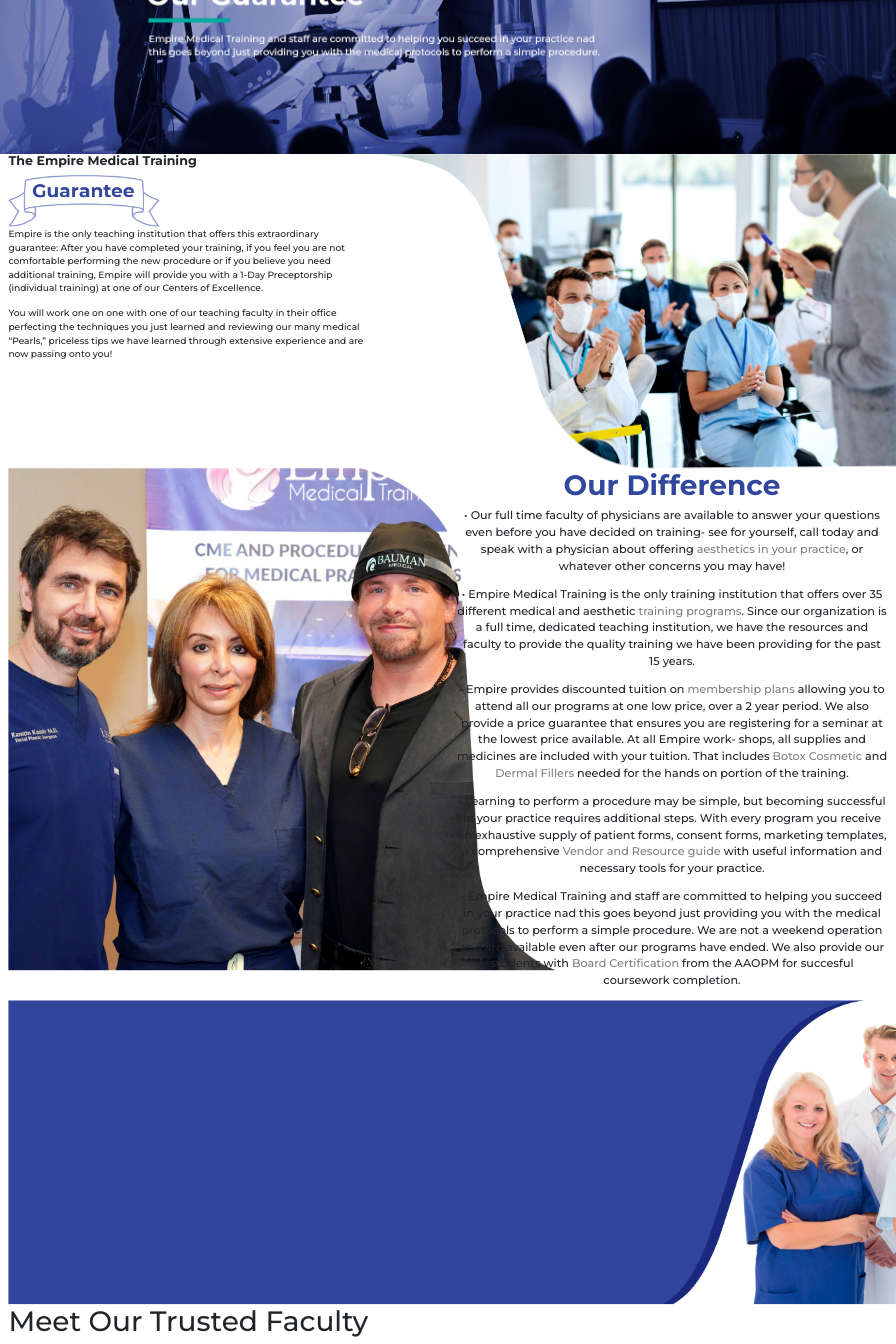
Repository: jorgi710/BODY-CONTOURING-INJECTABLES-AND-ADJUNCT-PROCEDURES
Page: our quarantee/file/src/index.html
These files come from the project's save history. The page is drawn as it stood at one moment and after the next save; the edit follows.
The browser window is 1280 px wide. The pictures show the part of the page from y = 340 to 2260 px (the page is 6335 px tall before and 9895 px after), at 70% of full size.

Above is the page before, as saved 2021-04-06 06:50:52.

### our quarantee/file/src/index.html
<!DOCTYPE html>
<html lang="en">
  <head>
    <meta charset="UTF-8" />
    <meta http-equiv="X-UA-Compatible" content="IE=edge" />
    <meta name="viewport" content="width=device-width, initial-scale=1.0" />
    <title>Page_3</title>

    <link
      href="https://cdn.jsdelivr.net/npm/bootstrap@5.0.0-beta3/dist/css/bootstrap.min.css"
      rel="stylesheet"
      integrity="sha384-eOJMYsd53ii+scO/bJGFsiCZc+5NDVN2yr8+0RDqr0Ql0h+rP48ckxlpbzKgwra6"
      crossorigin="anonymous"
    />
    <link
      href="https://fonts.googleapis.com/css2?family=Montserrat:wght@400;500;600;700&display=swap"
      rel="stylesheet"
    />
    <link rel="stylesheet" href="../css/style.css" />
  </head>
  <body>
    <header>
      <div class="container-fluid m-0 p-0">
        <img
          src="../assets/header.jpg"
          alt="navbar"
          class="img-fluid m-0 p-0"
        />
      </div>
    </header>
    <main>
      <section class="section_1">
        <div class="container-fluid text-center justify-content-center">
          <div class="row sombras">
            <div class="col-sm-12 col-md-5 text-start justify-content-center">
              <div class="content_section_1">
                <h1 class="bold">The Empire Medical Training</h1>
                <img
                  src="../assets/logo_main.jpg"
                  alt="logo"
                  class="img-fluid"
                />
                <p class="medium">
                  Empire is the only teaching institution that offers this
                  extraordinary guarantee: After you have completed your
                  training, if you feel you are not comfortable performing the
                  new procedure or if you believe you need additional training,
                  Empire will provide you with a 1-Day Preceptorship (individual
                  training) at one of our Centers of Excellence.
                </p>
                <p class="medium">
                  You will work one on one with one of our teaching faculty in
                  their office perfecting the techniques you just learned and
                  reviewing our many medical “Pearls,” priceless tips we have
                  learned through extensive experience and are now passing onto
                  you!
                </p>
              </div>
            </div>
            <div class="col-md-7 justify-content-end p-0">
              <img
                src="../assets/section_1_1_web.jpg"
                alt=""
                class="d-none d-md-block img-fluid"
              />
              <img
                src="../assets/section_1_1_mobil.jpg"
                alt=""
                class="d-md-none img-fluid"
              />
            </div>
          </div>
          <div class="row">
            <div class="col-sm-12 col-md-6">
              <img
                src="../assets/section_1_2_web.jpg"
                alt="Our difference"
                class="d-none d-md-block"
              />
              <img
                src="../assets/section_1_2_mobil.jpg"
                alt=""
                class="d-md-none"
              />
            </div>
            <div class="col-md-6">
              <h1 class="bold azul">Our Difference</h1>
              <p class="medium">
                • Our full time faculty of physicians are available to answer
                your questions even before you have decided on training- see for
                yourself, call today and speak with a physician about offering
                <span class="claro">aesthetics in your practice</span>, or
                whatever other concerns you may have!
              </p>
              <p class="medium">
                • Empire Medical Training is the only training institution that
                offers over 35 different medical and aesthetic
                <span class="claro">training programs</span>. Since our
                organization is a full time, dedicated teaching institution, we
                have the resources and faculty to provide the quality training
                we have been providing for the past 15 years.
              </p>
              <p class="medium">
                • Empire provides discounted tuition on
                <span class="claro">membership plans</span>
                allowing you to attend all our programs at one low price, over a
                2 year period. We also provide a price guarantee that ensures
                you are registering for a seminar at the lowest price available.
                At all Empire work- shops, all supplies and medicines are
                included with your tuition. That includes
                <span class="claro">Botox Cosmetic</span> and
                <span class="claro">Dermal Fillers</span> needed for the hands
                on portion of the training.
              </p>
              <p class="medium">
                • Learning to perform a procedure may be simple, but becoming
                successful in your practice requires additional steps. With
                every program you receive an exhaustive supply of patient forms,
                consent forms, marketing templates, a comprehensive
                <span class="claro">Vendor and Resource guide</span> with useful
                information and necessary tools for your practice.
              </p>
              <p class="medium">
                • Empire Medical Training and staff are committed to helping you
                succeed in your practice nad this goes beyond just providing you
                with the medical protocols to perform a simple procedure. We are
                not a weekend operation and are available even after our
                programs have ended. We also provide our students with
                <span class="claro"> Board Certification</span> from the AAOPM
                for succesful coursework completion.
              </p>
            </div>
          </div>
        </div>
      </section>
      <section class="section_2">
        <div class="container-fluid">
          <img src="../assets/section_2.jpg" alt="Meet Our Trusted Faculty" />

          <div class="content">
            <h1>Meet Our Trusted Faculty</h1>
            <p>
              Empire Medical Training celebrates 15 years of success in training
              physicians and health care professionals. We believe our success
              is due, in part, to the extra things our organization and faculty
              provide for you.
            </p>
            <button class="btn btn-danger"><h3>Meet Faculty</h3></button>
          </div>
        </div>
      </section>
      <section class="section_3">
        <div>
          <h1 class="negro bold">
            <span class="azul">Background &</span> Achievements
          </h1>
          <p class="medium">
            Now a little about Empire Medical Training’s background and
            achievements: Why Empire is committed to excellence:
          </p>
          <p class="medium">
            Empire Medical Training celebrates our 22nd year of training and we
            remain the #1 medical training and certification CME Medical and
            Aesthetic workshops offered each year, Empire has trained over
            125,000 Physicians, Dentists, Nurses, and other Health Care
            Professionals. With countless
            <span class="claro">testimonials</span> from satisfied attendees, we
            stand behind our programs and provide a complete satisfaction
            guarantee. source worldwide.
          </p>
          <p class="medium">
            Empire has acquired a distinguished reputation in education and
            serves as a training facility for Allergan (Botox, Juvederm) and
            Medicis (Restylane), along with many of the largest Aesthetic Laser
            Manufacturers. In addition, Empire is proud to have been chosen by
            the Florida Dental Association (FDA) to train their member Dentists
            in Botox Cosmetic and other Aesthetic Procedures.
          </p>
          <p class="medium">
            At Empire, we believe our success is dependent on you receiving
            quality training and instruction. Empire Medical Training is a
            nationally recognized CME Training Institution for Physicians,
            Dentists, Nurses and other Health Care Professionals.
          </p>
        </div>
        <div class="row">
          <div class="col-sm-12 col-md-6">
            <p class="medium">
              In addition to training at resort hotels, Empire has pioneered the
              first <span class="claro">premier Medical Spa</span> in Fort
              Lauderdale, Florida where physicians can enjoy training on actual
              patients and receive classroom didactic presentations. This
              facility has been designed specifically for training purposes
              utilizing state of the art aesthetic lasers and medical spa
              equipment along with modern classroom facilities and training
              aids. All courses are conducted by Physicians and other
              Specialists in Aesthetics, Pain Management, Surgery, and Medicine.
              Not by less qualified Instructors.
            </p>
            <p class="medium">
              Empire has achieved an outstanding reputation through a
              distinguished faculty of Physician specialists. Your training will
              be conducted by Physicians and other Specialists in Aesthetics,
              Pain Management, Surgery, and Medicine. We believe it is important
              for attendees to be exposed to a faculty of instructors for a more
              complete understanding of the topic, rather than just 1 part time
              physician or nurse instructor like many training companies do.
              Beware of start up seminar companies who employ less qualified
              personnel for your training, or local doctors’ offices with
              impressive web sites looking to supplement their income by
              offering inferior or incomplete training as a side job.
            </p>
          </div>
          <div class="col-sm-12 col-md-6">
            <img
              src="../assets/section_3_web.jpg"
              alt="background achievements"
              class="d-none d-md-block"
            />
            <img
              src="../assets/section_3_mobil.jpg"
              alt="background achievements"
              class="d-md-none"
            />
          </div>
        </div>
      </section>
      <section class="section_4">
        <img src="../assets/section_4.jpg" alt="aesthetics starter kit" />
      </section>
      <section class="section_5">
        <div class="row">
          <div class="col-sm-12 col-md-6">
            <img
              src="../assets/section_5_web.jpg"
              alt="empire"
              class="d-none d-md-block"
            />
            <img
              src="../assets/section_5_mobile.jpg"
              alt="empire"
              class="d-md-none"
            />
          </div>
          <div class="col-md-6">
            <h1 class="bold">
              The Programs at Empire are Actually
              <span class="azul">Hands On</span>
            </h1>
            <p class="medium">
              Many seminar companies claim you will receive hands on training
              but they can not, or, are not qualified to provide this
              experience. During our Aesthetic Programs, Empire attendees will
              inject live patients with real, authentic products – not saline)
              and perform other procedures depending on the topic. During other
              esthetic training and our medical procedures’ training, attendees
              will work on
              <span class="claro">Cadavers from the Medical School</span>
              University lab along with volunteer patients and models.
            </p>
            <p class="medium">
              Empire works with a variety of the largest medical equipment
              manufacturers to help provide the training which requires
              equipment usage, i.e. Aesthetic Lasers and Supplies, Ultrasound, X
              Ray, etc. This variety is essential for attendees to gain a
              complete understanding of the technologies available rather than
              just a limited exposure. You will never see only 1 or 2 laser
              manufacturers at our programs. Beware of training institutions who
              have arrangements with only 1 or 2 vendors.
            </p>
          </div>
        </div>
        <p class="medium">
          Deciding on where you receive you training is an important decision
          and should be made carefully. Make sure your instructors are Physician
          Specialists in their field, i.e. Plastic Surgery and are part of a
          faculty of the institution. Simply reading some instructions is not
          enough, quality instruction means going beyond the technical details
          and into the <span class="claro">“pearls”</span> that make your
          patients happy and give you the reputation you want. Beware of less
          qualified personnel. Be sure the training institution is dedicated to
          training and not a part time doctors office/ seminar company. Make
          sure the programs are fully accredited by a medical academy and not
          “co sponsored” by another institution. Most importantly, beware of
          unrealistic promises and look for training that can and will provide
          Hands- On experience. There is no other effective way to learn
          procedural skills. Empire Medical Training is dedicated to your
          success and we encourage you to ask questions with whomever you decide
          to be trained by.
        </p>
      </section>
    </main>
    <footer>
      <img src="../assets/footer.jpg" alt="footer" class="img-fluid" />
    </footer>
  </body>
</html>

### our quarantee/file/css/style.css
@import url("https://fonts.googleapis.com/css2?family=Montserrat:wght@400;500;600;700&display=swap");
* {
  box-sizing: border-box;
  font-family: var(--fuente);
}
header,
section {
  overflow-x: hidden;
}
:root {
  --fuente: "Montserrat", cursive;
  --azul: #31469d;
  --clarito: #808080;
  --negro: #000000;
  --regular: 400;
  --medium: 500;
  --semi_bold: 600;
  --bold: 700;
}
.regular {
  font-weight: 400;
}
.medium {
  font-weight: 500;
}
.semi {
  font-weight: 600;
}
.bold {
  font-weight: 700;
}
.azul {
  color: #31469d;
}
.claro {
  color: #808080;
}
.negro {
  color: #000000;
}

.section_1 .row .col-md-5 {
  font-size: small;
}
.section_1 .col-md-5 h1 {
  font-size: large;
}
.section_1 .col-md-5 .content_section_1 {
  font-size: small;
}
.section_1 .row .col-md-5 img {
  width: 30vh;
}

After the next save:
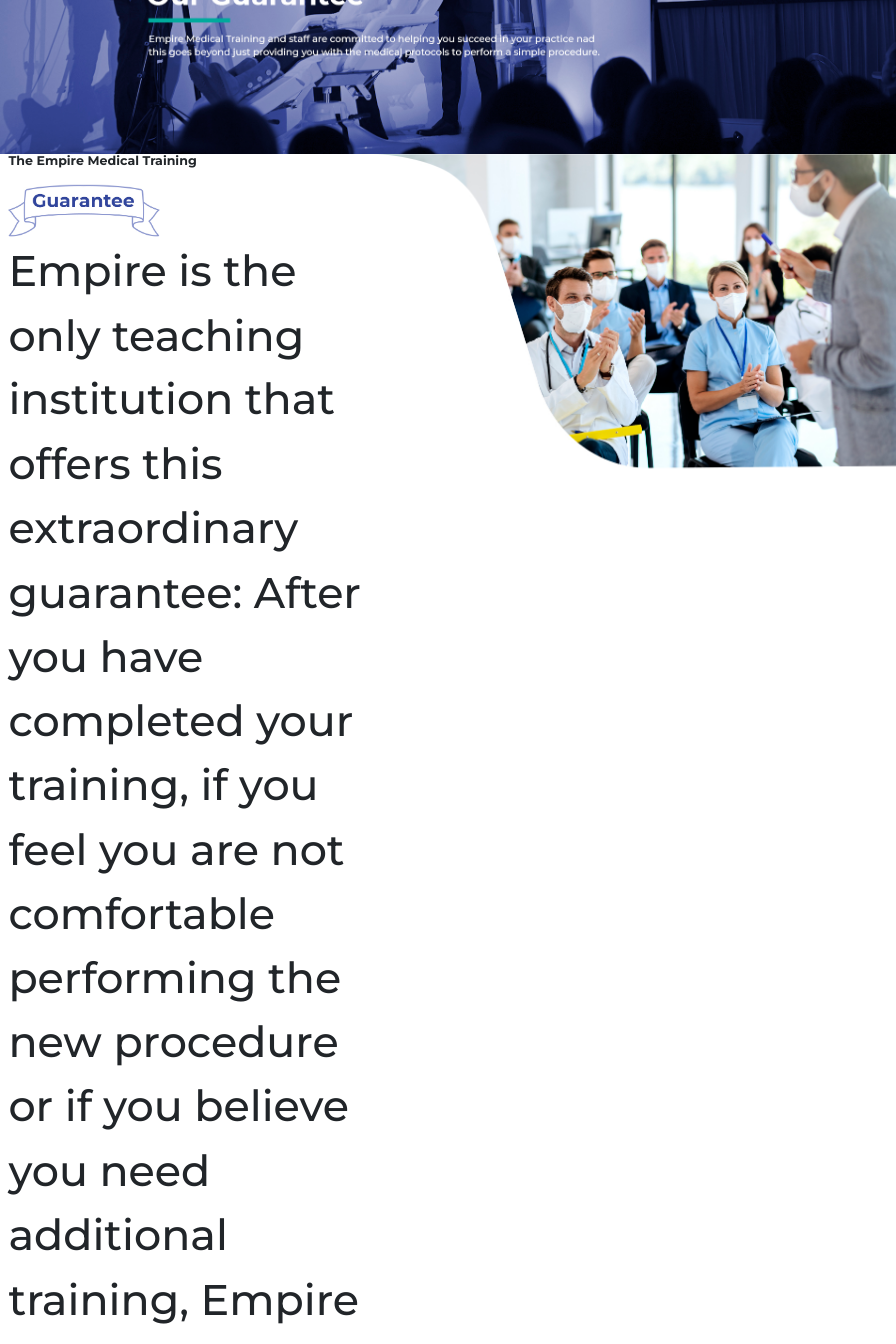
Saved 13 s later.
--- a/our quarantee/file/css/style.css
+++ b/our quarantee/file/css/style.css
@@ -46,7 +46,7 @@
   font-size: large;
 }
 .section_1 .col-md-5 .content_section_1 {
-  font-size: small;
+  font-size: 8.5vmin;
 }
 .section_1 .row .col-md-5 img {
   width: 30vh;

After the save that followed:
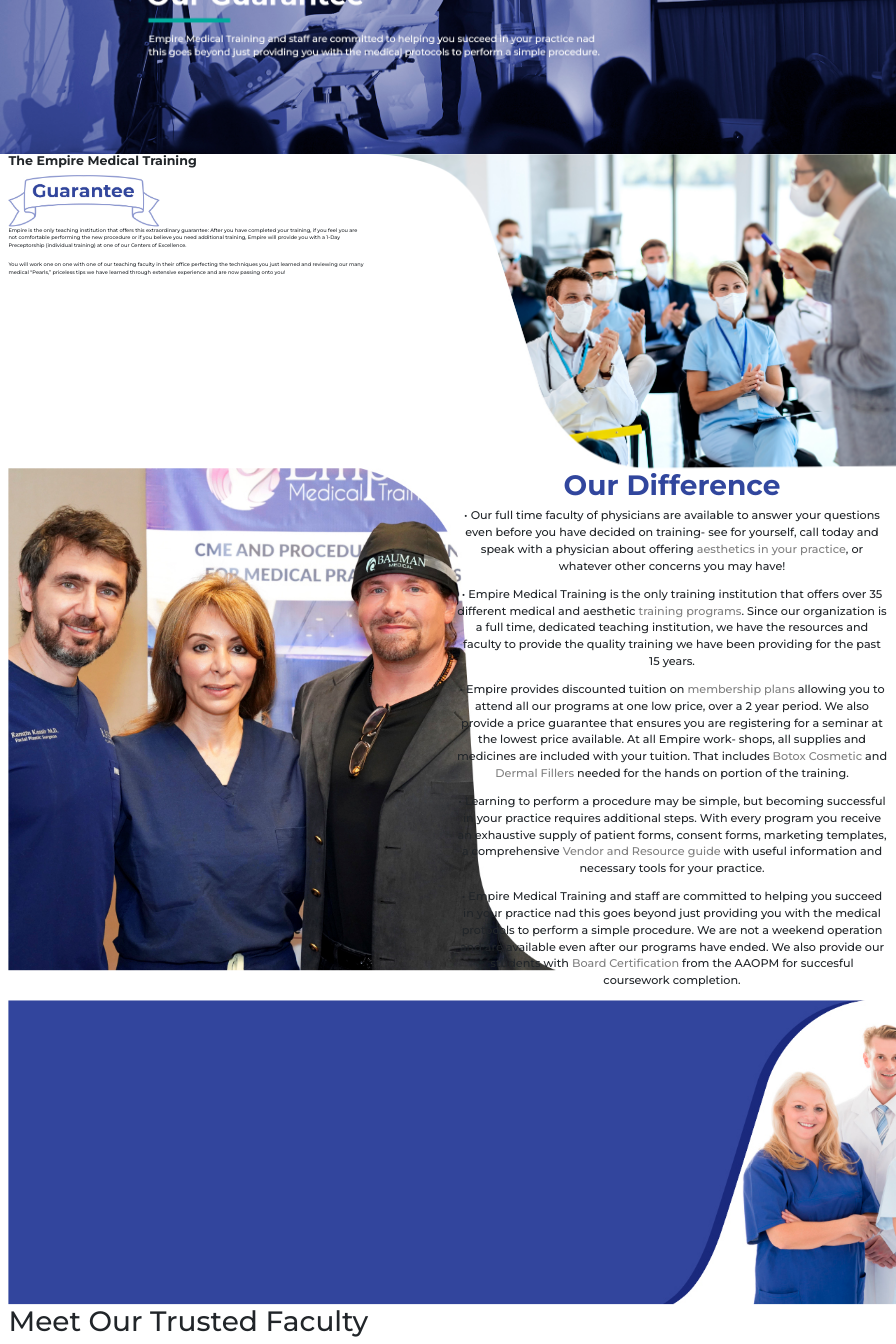
Saved 5 s later.
--- a/our quarantee/file/css/style.css
+++ b/our quarantee/file/css/style.css
@@ -46,7 +46,7 @@
   font-size: large;
 }
 .section_1 .col-md-5 .content_section_1 {
-  font-size: 8.5vmin;
+  font-size: 1vmin;
 }
 .section_1 .row .col-md-5 img {
   width: 30vh;
